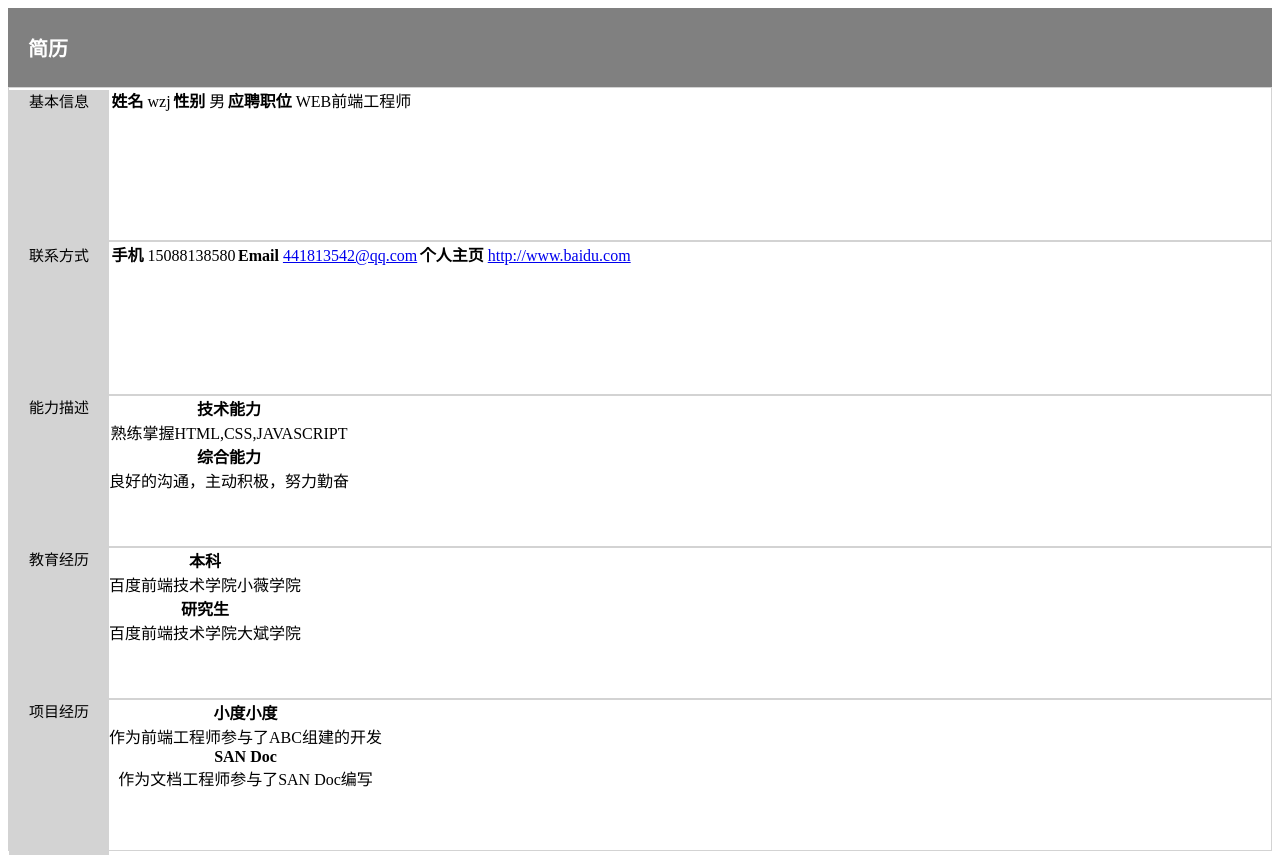
Repository: w441813542/webrecord
Page: day6_day7/jianli.html
An editor plug-in stored every save of this project. The page is shown before and after the next save, followed by the edit.
The browser window is 1280 px wide. The pictures show the whole page.

Above is the page before, as saved 2021-03-09 15:04:43.

### day6_day7/jianli.html
<!DOCTYPE html>
<html>

<head>
  <!-- <link rel="stylesheet" type="text/css" href="style_1.css" /> -->
  <!-- <link rel="stylesheet" type="text/css" href="style_2.css" /> -->
  <link rel="stylesheet" type="text/css" href="style_3.css" />
</head>

<body>
  <div class="box">
    <div class="left">
      <div class="caption">简历</div>
    </div>
    <div class="right">
      <div>
        <!-- <tr>
          <th rowspan="15" class="caption" align="center" valign="top">简历</th>
        </tr> -->
        <div class="part">
          <div class="part_left">
            <div class="th">基本信息</div>
          </div>
          <div class="part_right">
            <div class="td"><span>姓名</span> wzj</div>
            <div class="td"><span>性别</span> 男</div>
            <div class="td"><span>应聘职位</span> WEB前端工程师</div>
          </div>
        </div>
        <div class="part">
          <div class="part_left">
            <div class="th">联系方式</div>
          </div>
          <div class="part_right">
            <div class="td"><span>手机</span> 15088138580</div>
            <div class="td" ><span>Email</span> <a href="mailto:441813542@qq.com">441813542@qq.com</a></div>
            <div class="td"><span>个人主页</span> <a href="http://www.baidu.com">http://www.baidu.com</a></div>
          </div>
        </div>
        <div class="part flex">
          <div class="part_left">
            <div class="th">能力描述</div>
          </div>
          <div class="part_right">
            <div class="td msgtd block"><span class="block">技术能力</span> 熟练掌握HTML,CSS,JAVASCRIPT</div>
            <div class="td msgtd block"><span class="block">综合能力</span> 良好的沟通，主动积极，努力勤奋</div>
          </div>
        </div>
        <div class="part flex">
          <div class="part_left">
            <div class="th">教育经历</div>
          </div>
          <div class="part_right">
            <div class="td msgtd block"><span class="block">本科</span> 百度前端技术学院小薇学院</div>
            <div class="td msgtd block"><span class="block">研究生</span> 百度前端技术学院大斌学院</div>
          </div>
        </div>
        <div class="part flex">
          <div class="part_left">
            <div class="th">项目经历</div>
          </div>
          <div class="part_right">
            <div class="td msgtd block"><span class="block">小度小度</span> 作为前端工程师参与了ABC组建的开发</div>
            <div class="td msgtd block"><span class="block">SAN Doc</span> 作为文档工程师参与了SAN Doc编写</div>
          </div>
        </div>
      </div>

    </div>
  </div>
</body>

</html>

### day6_day7/style_3.css
html {
    font-size: 10px;
  }
/*
  div{
    border: 1px solid gray;
  } */

  .td {
    font-size: 1.6em;
    display: inline-block;
    text-align: center;
  }

  .th {
    font-size: 1.5em;
    text-align: center;
    margin: auto;
    display: inline-block;
    padding-left: 20px;
    padding-right: 20px;
    height: 155px;
    background: lightgray;
  }

  .caption {
    font-size: 2em;
    font-weight: bold;
    color: white;
    text-align: left;
    background: gray;
    padding-top: 25px;
    padding-left: 20px;
    padding-bottom: 25px;
  }

 .part{
   display: block;
   border: 1px solid lightgray;
 }

  .part_left{
    display: inline-block;
    height: 150px;
  }

  .part_right{
    display: inline;
    height: 150px;
  }

  span {
    font-weight: bold;
  }

  .box{
      display: block;
  }

  .flex{
    display: flex;
  }

  .block{
    display: block;
  }

After the next save:
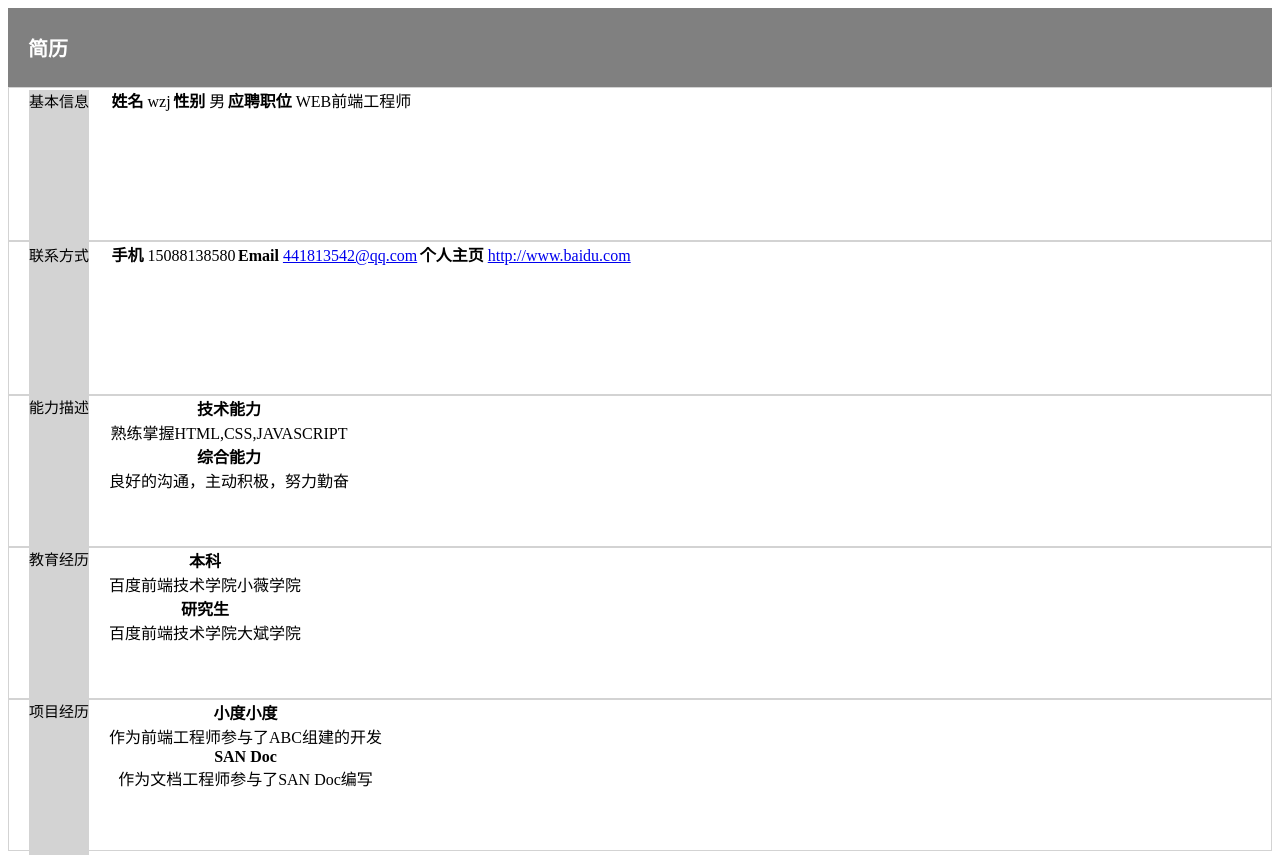
Saved 11 s later.
--- a/day6_day7/style_3.css
+++ b/day6_day7/style_3.css
@@ -17,8 +17,6 @@
     text-align: center;
     margin: auto;
     display: inline-block;
-    padding-left: 20px;
-    padding-right: 20px;
     height: 155px;
     background: lightgray;
   }
@@ -42,6 +40,8 @@
   .part_left{
     display: inline-block;
     height: 150px;
+    padding-left: 20px;
+    padding-right: 20px;
   }
 
   .part_right{

After the save that followed:
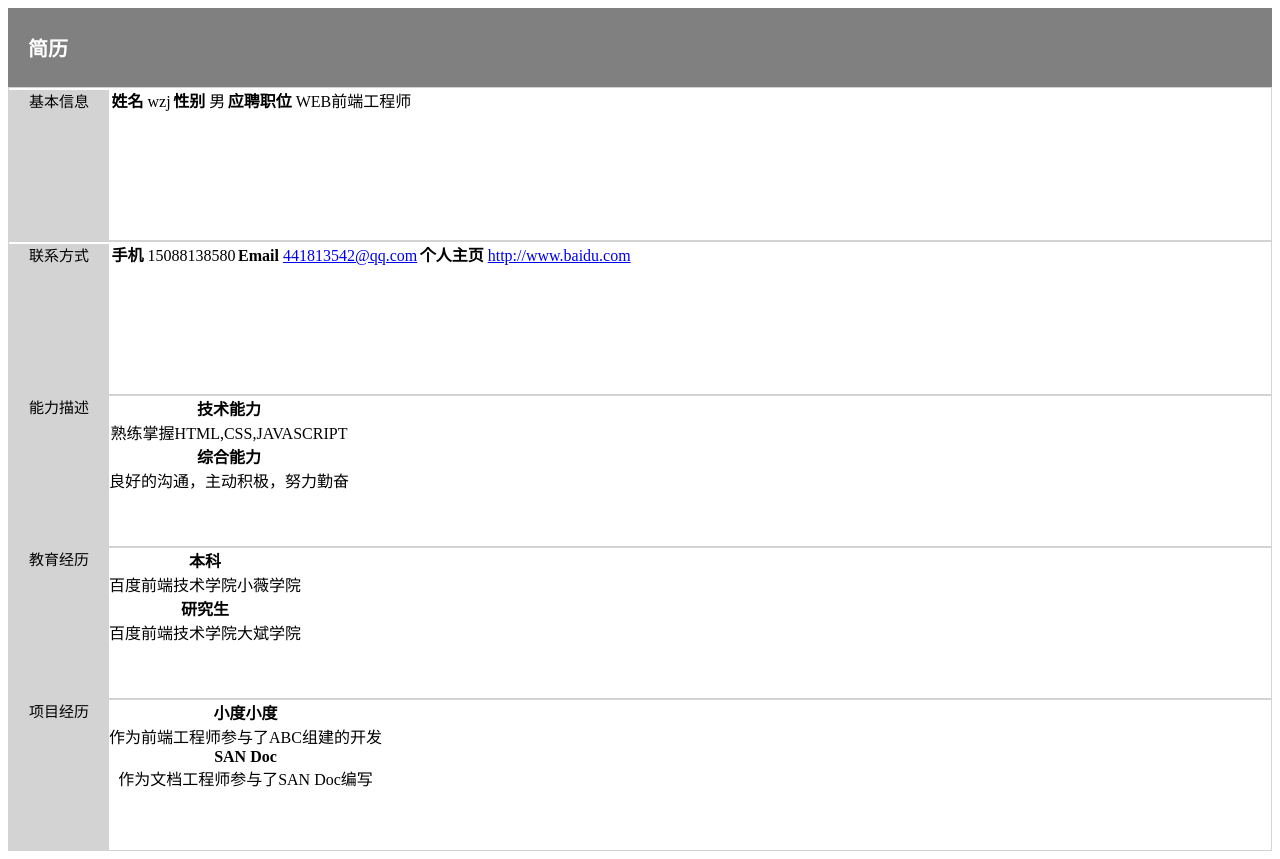
Saved 11 s later.
--- a/day6_day7/style_3.css
+++ b/day6_day7/style_3.css
@@ -18,7 +18,6 @@
     margin: auto;
     display: inline-block;
     height: 155px;
-    background: lightgray;
   }
 
   .caption {
@@ -42,6 +41,7 @@
     height: 150px;
     padding-left: 20px;
     padding-right: 20px;
+    background: lightgray;
   }
 
   .part_right{
